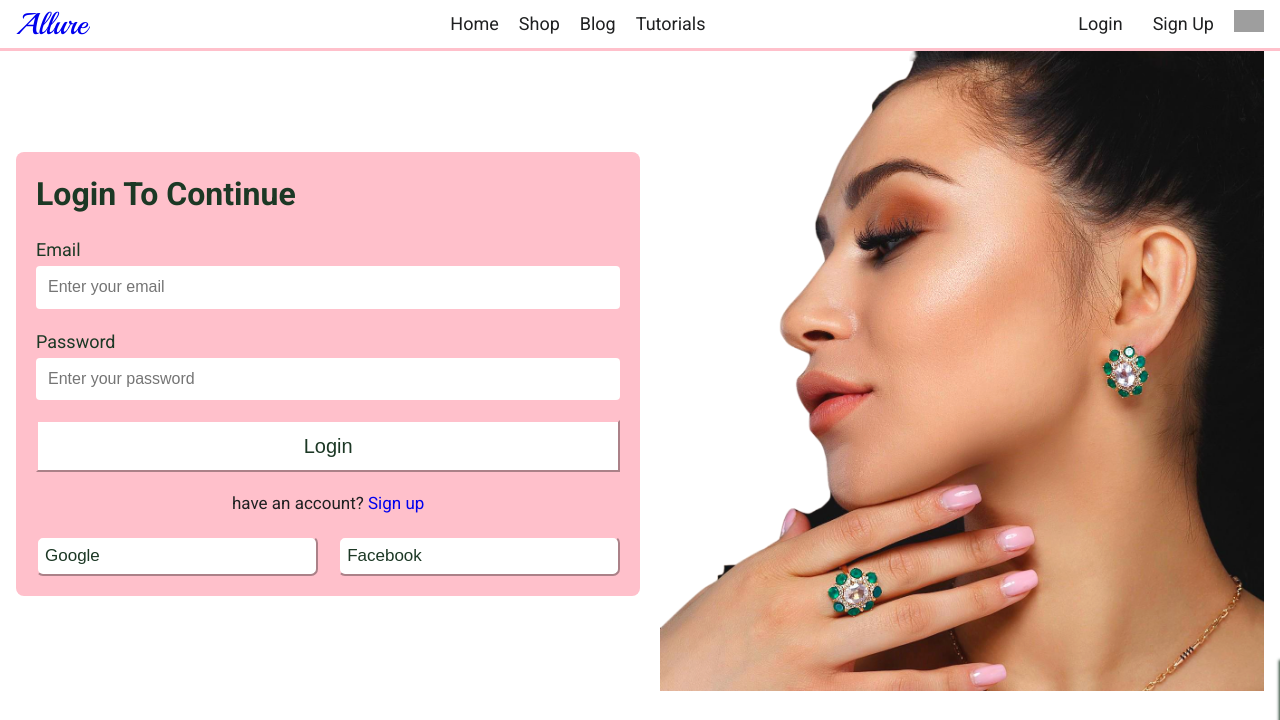
Repository: Benedict-Anthony/Allure-E-commerce-React-Js
Page: /login
These files come from the project's save history. The page is drawn as it stood at one moment and after the next save; the edit follows.
The browser window is 1280 px wide. The pictures show the whole page.
Pictures or frames that could not be fetched are drawn as grey boxes. The page's requests for data from a server got no answer. The project was rebuilt for these pictures with package versions that can differ from the ones it lists, and the page was loaded fresh each time. No one was signed in, and anything a server would have sent is missing. Also part of the build but not shown: src/App.css, src/css/card.css, src/shared/Card.tsx, src/scripts/landing.ts, src/css/landing.css, src/components/Landing.tsx, src/css/courses.css, src/shared/Course.tsx and 23 more.

Above is the page before, as saved 2023-02-04 05:45:20.

### src/index.css
@import url('https://fonts.googleapis.com/css2?family=Great+Vibes&family=Playball&family=Roboto:wght@300;400;700&display=swap');


:root {
  --primary-color: pink;
  --secondary-color: #1c3825;
  --text-color: #1f2021;
  --basic: #fff;
  --fontSize: 18px;

}


*,
*::after,
*::before {
  padding: 0;
  margin: 0;
  box-sizing: border-box;
  line-height: 1.4em;
  transition: all .3s linear;
  list-style: none;
  text-decoration: none;
}

html {
  scroll-behavior: smooth;
}

body {
  width: 100%;
  background-color: var(--basic);
  color: var(--text-color);
  font-family: 'Roboto', sans-serif;
}

.container {
  padding: 0 1rem;
  overflow: hidden;
  height: auto;
}

.button {
  display: inline-block;
  padding: 10px 20px;
  color: var(--basic);
  margin-top: 20px;
  background-color: var(--secondary-color);
  border: 2px solid var(--fontSize);
  border-radius: 6px;
}

.flex {
  display: flex;
  justify-content: space-between;
  align-items: center;
}

.flex-center {
  justify-content: center;
}

.flex-row {
  flex-direction: column;
}


.swiper {
  width: 100%;
  height: 100%;
}

.swiper-slide {
  text-align: center;
}


.grid {
  display: grid;
  grid-template-columns: repeat(auto-fit, minmax(12rem, 2fr));
  justify-content: space-between;
  align-items: flex-start;
  gap: 20px;
}


.btn {
  display: inline-block;
  background-color: var(--text-color);
  color: var(--basic);
  font-size: 16px;
  font-family: inherit;
  margin-top: 10px;
  border: 1px solid var(--basic);
  padding: 10px 20px;
  border-radius: 8px;
}

.section {
  margin-top: 20px;
}

.togglebar,
.close {
  display: none;
}

.wrapper {
  max-width: 960px;
  margin: 0 auto;
}

.strike {
  text-decoration: line-through;
  color: var(--secondary-color);
  font-size: 10px;
}




@media(max-width:1024px) {
  /* .grid {
    grid-template-columns: repeat(3, 1fr);
  } */
}


@media(max-width:768px) {

  .container {
    padding: 0 1.3rem;
    overflow: hidden;
    height: auto;
  }

  /* .flex {
    flex-direction: column;
  } */

  /* .grid {
    grid-template-columns: repeat(2, 1fr);
  } */


  /* .togglebar,
  .close {
    display: block;
  } */
}

@media(max-width:500px) {

  /* .flex {
    display: grid;
    grid-template-columns: 1fr 1fr;
  } */

  .grid {
    grid-template-columns: 1fr 1fr;
  }
}

### src/App.tsx
import React from 'react';
import './App.css';
import { BrowserRouter, Routes, Route } from "react-router-dom"
import { ProductProvider } from './contexts/ProductContext';


import Home from './pages/Home';
import Shop from './pages/Shop';
import Header from './components/Header';
import { LessonProvider } from './contexts/LessonContext';
import Tutorials from './pages/Tutorials';
import ProductDetail from './pages/ProductDetail';
import CourseDetail from './pages/CourseDetail';
import Login from './pages/Login';
import SignIn from './pages/SignIn';
import Account from './pages/Account';
import ButtonNav from './components/ButtonNav';

function App() {
  return (
    <BrowserRouter>
      <LessonProvider>
        <ProductProvider>
          <Header />
          <Routes>
            <Route path={"/"} element={<Home />} />
            <Route path='/login' element={<Login />} />
            <Route path='/sign-in' element={<SignIn />} />
            <Route path='/account' element={<Account />} />
            <Route path={"/shop"} element={<Shop />} />
            <Route path={"/tutorials"} element={<Tutorials />} />
            <Route path={"/product/:slug"} element={<ProductDetail />} />
            <Route path={"/course/:slug"} element={<CourseDetail />} />
          </Routes>
          <ButtonNav />
        </ProductProvider>
      </LessonProvider>
    </BrowserRouter>
  );
}

export default App;

### src/contexts/ProductContext.tsx
import React from "react"
import { createContext,  useReducer, useEffect } from 'react';
import { childrenProps, ProductContextInterface } from "../types/contextTypes"
import { initialProductInterface } from "../types/reducerTypes"
import { productReducer } from "../reducers/productReducers";
import getData from "../utils/fetchFunc";
import { ProductType } from "../reducers/productReducers";
import { LessonType } from "../reducers/lessonReducer";


const ProductContext = createContext({} as ProductContextInterface)

export const ProductProvider = ({ children }: childrenProps) => {
    const initialState: initialProductInterface = {
        products: [],
        lessonAssets:[],
        product:{},
        isFetching: true,
        rltd:[]
    }
    const [state, dispatch] = useReducer(productReducer, initialState)
    const fetchProductData = async () => {
        const data = await getData("products")
        dispatch({type:ProductType.LOAD_PRODUCTS, payload:data})
    }

    const getSingleProduct = async (slug:number | string | undefined) => {
        const data = await getData("products", slug)
        const rltdData = await getData(`products/${slug}/category`)
        dispatch({type:ProductType.LOAD_PRODUCT_DETAIL, payload:data, others:rltdData})
    }

   const getLessonAssets = async (slug : string | undefined) => {
       const data = await getData(`lessons/${slug}/assets`)
       dispatch({type:LessonType.LOAD_LESSON_DETAIL_ASSETS, others:data})
   }

    useEffect(() => {
        fetchProductData()
    },[])
    return (

        <ProductContext.Provider value={{
            data: state,

            getSingleProduct,
            getLessonAssets,
        }}>
        {children}
    </ProductContext.Provider>
        )
}


export default ProductContext

### src/components/Header.tsx
import React, { useState } from 'react'
import { FaBars, FaTimes } from 'react-icons/fa'
import { Link } from 'react-router-dom'
import { Navigations } from '../scripts/topNavItems';
import cart from "../assets/cart.png";
import "../css/header.css"

const Header = () => {
  const [activeMenu, setActiveMenu] = useState(false)

  return (
    <header>
      <div className="container">
        <nav className="nav__items">
          <div className="logo">
            <Link to={"/"}>Allure</Link>
          </div>

          <ul className={`nav_links flex ${activeMenu && "active"} `}>
            {Navigations.map((item) => (
              <li key={item.id}>
                {item.page ? <Link to={`/${item.to}`}>{item.name}</Link> : <a href={`#${item.to}`}>{item.name}</a>}
              </li>
            ))}
            <FaTimes className="close" onClick={() => setActiveMenu(false)} />
          </ul>

          <ul className="nav_icons">

            <li><Link to={"login"}>Login</Link></li>
            <li><Link to={"sign-in"}>Sign Up</Link></li>
            <div className="cart">
              <img src={cart} alt="" />

            </div>
            <FaBars className="togglebar" onClick={() => setActiveMenu(true)} />
          </ul>
        </nav>
      </div>
    </header>
  )
}

export default Header

### src/contexts/LessonContext.tsx
import { createContext, useEffect, useReducer } from "react";
import lessonReducer from "../reducers/lessonReducer";
import { initialLessonInterface } from '../types/reducerTypes';
import { childrenProps, LessonContextInterface } from '../types/contextTypes';
import getData from "../utils/fetchFunc";
import { LessonType } from '../reducers/lessonReducer';
const LessonContext = createContext({} as LessonContextInterface)

export const LessonProvider = ({ children }: childrenProps) => {
    const initialState:initialLessonInterface = {
        lessons:[],
        count: 0,
        lesson:{}
    }

    const [state, dispatch] = useReducer(lessonReducer, initialState)

    async function fetchLessonData() {
        const data = await getData("lessons")
        dispatch({type:LessonType.LOAD_LESSONS, payload:data})
    }

    const getLessonDetails = async (slug:string |undefined) => {
        const data = await getData(`lessons/${slug}`)
        dispatch({ type:LessonType.LOAD_LESSON_DETAIL, payload:data})
    }

    useEffect(() => {
      fetchLessonData()
    },[])
    return (
        <LessonContext.Provider value={{
            data:state,
            getLessonDetails
            }}>
            {children}
        </LessonContext.Provider>
    )
}

export default LessonContext

### src/pages/Login.tsx
import React, { FormEvent } from 'react'
import { Link } from "react-router-dom"
import loginModel from "../assets/model.png";
import "../css/login.css"
import Button from '../shared/Button';
import useForm from "../hooks/useForm"


const Login = () => {
  const { handleAccount, reset, loginData } = useForm("")

  const handleSubmit = (e: FormEvent<HTMLFormElement>) => {
    e.preventDefault()
    console.log(loginData)
    reset()
  }
  return (
    <section className='container'>
      <main className="login">
        <form action="" className='form' onSubmit={handleSubmit}>
          <h3>Login to continue</h3>
          <div className="form-group">
            <label htmlFor="">Email</label>
            <input type="text" placeholder='Enter your email' name="email" onChange={handleAccount} />
          </div>
          <div className="form-group">
            <label htmlFor="">Password</label>
            <input type="password" placeholder='Enter your password' name='password' onChange={handleAccount} />
          </div>
          <Button type='submit'>Login</Button>
          <div className="login_or_sigh-up">
            have an account? <Link to={"/sign-in"}>Sign up</Link>
          </div>

          <div className='social'>
            <Button type='submit'>Google</Button>
            <Button type='submit'>Facebook</Button>
          </div>
        </form>
        <div className="model">
          <img src={loginModel} alt="" />
        </div>
      </main>

    </section>
  )
}

export default Login

### src/components/ButtonNav.tsx
import React from 'react'
import { AiOutlineHome, AiOutlineUser } from "react-icons/ai"
import { BiShoppingBag, BiLogIn } from "react-icons/bi"
import { MdOutlinePlayLesson } from "react-icons/md"
import { GrBlog } from "react-icons/gr"
import { Link } from 'react-router-dom'




const ButtonNav = () => {
    window.addEventListener("scroll", () => {
        if (window.scrollY) {
            document.querySelector(".nav__bottom")?.classList.add("active__nav")
        } else {
            document.querySelector(".nav__bottom")?.classList.remove("active__nav")

        }
    })
    return (
        <nav className="nav__bottom">
            <ul>
                <li><Link to={"/"}><AiOutlineHome /></Link></li>
                <li><Link to={"/shop"}><BiShoppingBag /></Link></li>
                <li><Link to={"/tutorials"}><MdOutlinePlayLesson /></Link></li>
                <li><Link to={"/blog"}><GrBlog /></Link></li>
                <li><Link to={"/account"}><AiOutlineUser /></Link></li>
            </ul>
        </nav>
    )
}

export default ButtonNav

### src/reducers/productReducers.tsx
import { actionInterface, initialProductInterface } from "../types/reducerTypes";
import { LessonType } from "./lessonReducer";
export const ProductType = {
    LOAD_PRODUCTS: "LOAD_PRODUCTS",
    LOAD_PRODUCT_DETAIL:"LOAD_PRODUCT_DATAIL"
}
export const productReducer = (state:initialProductInterface, action:actionInterface) => {
    switch (action.type) {
        case ProductType.LOAD_PRODUCTS:
            return {
                ...state,
                products: action.payload,
                isFetching:false,
            }
        case ProductType.LOAD_PRODUCT_DETAIL:
            return {
                ...state,
                product: action.payload,
                rltd:action.others
            }
        case LessonType.LOAD_LESSON_DETAIL_ASSETS:
            return {
                ...state,
                lessonAssets:action.others
            }
        default:
            return state
    }
}

### src/utils/fetchFunc.tsx
const getData = async (endpoint: string, slug?: number | string | null) => {
    if (slug) {
        const response = await fetch(`http://127.0.0.1:8000/api/${endpoint}/${slug}`)
        const data = await response.json()
        return data
    } else {
        const response = await fetch(`http://127.0.0.1:8000/api/${endpoint}/`)
        const data = await response.json()
        return data
    }

}


export default getData

### src/reducers/lessonReducer.tsx
import { initialLessonInterface, actionInterface } from '../types/reducerTypes';

export const LessonType = {
    LOAD_LESSONS: "LOAD_LESSONS",
    LOAD_LESSON_DETAIL:"LOAD_DETAILS",
    LOAD_LESSON_DETAIL_ASSETS:"LOAD_LESSON_DETAIL_ASSETS"
}

const lessionReducer = (state:initialLessonInterface, action:actionInterface) => {
    switch (action.type) {
        case LessonType.LOAD_LESSONS:
            return {
                ...state,
                lessons:action.payload,
                count:1
            }
        case LessonType.LOAD_LESSON_DETAIL:
            return {
                ...state,
                lesson:action.payload
            }

        default:
            return state
    }
}


export default lessionReducer

### src/scripts/topNavItems.ts
export const Navigations = [
    {
        id: 1,
        name: "home",
        to: "",
        page: true,
    },
    // {
    //     id: 2,
    //     name: "courses",
    //     to: "courses",
    //     page: false,

    // },
    // {
    //     id: 3,
    //     name: "arrivals ",
    //     to: "products",
    //     page: false,

    // },
    {
        id: 4,
        name: "shop",
        to: "shop",
        page: true,
    },

    {
        id: 5,
        name: "blog",
        to: "blog",
        page: true,

    },
    {
        id: 6,
        name: "tutorials",
        to: "tutorials",
        page: true,


    },
]


export const Courses = [
    {
        id: 1,
        name: "courses",
        count: 100
    },

    {
        id: 2,
        name: "student",
        count: 150
    },

    {
        id: 3,
        name: "experience Tutors",
        count: 100
    },

    {
        id: 4,
        name: "beauty project",
        count: 200
    },
]

### src/css/header.css
header {
    padding: 3px 0px;
    /* background-color: var(--primary-color); */
    border-bottom: 3px solid var(--primary-color);
    /* osition: fixed;
    top: 0;
    width: 100%;
    z-index: 10;p */
}

header nav {
    display: flex;
    justify-content: space-between;
    align-items: center;
}

header nav .logo {
    font-size: 30px;
    /* font-family: 'Great Vibes', cursive;
     */
    font-family: 'Playball', cursive;
}

header nav li {
    position: relative;
    margin: 0 10px;
}

header nav li::after {
    content: '';
    width: 0;
    height: 2px;
    background: linear-gradient(to right, var(--secondary-color), var(--primary-color));
    position: absolute;
    bottom: 0;
    left: 0;
}

header nav li:hover::after {
    width: 100%;
}

header nav ul li a {
    color: var(--text-color);
    font-size: var(--fontSize);
    text-transform: capitalize;
}

header .cart {
    width: 30px;
}

header .cart img {
    width: 100%;
}



.nav_icons {
    display: flex;
    align-items: center;
    justify-content: space-around;
    column-gap: 10px;
}



.nav_icons svg {
    color: var(--secondary-color);
    font-size: 20px;
    margin: 0 2px;
}


.nav__bottom {
    display: block;
    width: 100%;
    margin: auto;
    margin-top: 40px;
    position: fixed;
    bottom: 0;
    left: 100%;
    background-color: var(--basic);
    padding: 15px 0;
    box-shadow: 3px 4px 3px 4px var(--secondary-color);
}

.nav__bottom ul {
    display: flex;
    align-items: center;
    justify-content: center;
}

.nav__bottom ul li {
    margin: 0 15px;
}

.nav__bottom ul li svg {
    color: var(--secondary-color);
    font-size: 1.5rem;
    font-weight: 700;
}

@media(max-width:768px) {
    header nav .nav_links {
        position: absolute;
        top: -100vh;
        right: 0;
        width: 80%;
        background-color: var(--basic);
        border-left: 3px solid var(--primary-color);
        height: 100vh;
        z-index: 10;
        justify-content: flex-start;
        align-items: flex-start;
        gap: 25px;
        padding-left: 50px;
        padding-top: 50px;
        display: none;

    }

    .nav_icons li {
        display: none;
    }

    header nav .nav_links.active {
        top: 0;
    }

    .close {
        position: absolute;
        top: 7px;
        left: .6rem;
        font-weight: 100;
        font-size: 25px;
        color: var(--secondary-color);
    }

    .nav__bottom {
        left: 0;
    }

    .active__nav {
        bottom: -160px
    }

}

### src/shared/Button.tsx
import React from 'react'
import { ReactNode } from "react"

import "../css/button.css"
type ButtonProps = {
    children:ReactNode,
    type:"button" | "submit",
    hanldleOnclick?: () => void
}
const Button = ({children, type, hanldleOnclick}:ButtonProps) => {
  return (
    <button type={type} onClick={hanldleOnclick}> {children} </button>
  )
}

export default Button

### src/css/login.css
.login {
    display: flex;
    justify-content: space-between;
    align-items: center;
    /* margin-top: 20px; */
    column-gap: 20px;
}

.login :is(.form, .model) {
    width: 100%;
}

.login .form {
    background-color: var(--primary-color);
    border-radius: 8px;
    padding: 20px;
    width: 100%;
}

.login .form h3 {
    color: var(--secondary-color);
    font-size: 32px;
    text-transform: capitalize;
}

.w-50 {
    display: flex;
    column-gap: 20px;
}

.login .form .form-group {
    width: 100%;
    display: flex;
    align-items: flex-start;
    justify-content: flex-start;
    flex-direction: column;
    margin: 20px 0;
}

.login .form .form-group label {
    color: var(--secondary-color);
    font-size: 18px;
}

.login .form .form-group input {
    padding: 10px 12px;
    margin-top: 4px;
    border: 0;
    outline: 0;
    width: 100%;
    font-size: 16px;
    border-radius: 4px;
}

.login_or_sigh-up {
    text-align: left;
    margin-top: 20px;
    font-size: 17px;
    text-align: center;
}

.login .form .social {
    display: flex;
    justify-content: center;
    align-items: center;
    gap: 20px;
}

.login .form .social>div {
    margin-top: 20px;
    width: 100%;
    /* text-align: center;
    display: flex;
    align-items: center;
    justify-content: center; */
    gap: 10px;
}

.login .form .social button {
    height: 40px;
    padding: 5px 7px;
    font-weight: 300;
    display: inline;
    border-radius: 7px;
    width: 100%;
    font-size: 17px;
    display: flex;
    align-items: center;
    /* justify-content: space-between; */
}

.login .form .social button svg {
    color: #2c32e8;
    margin-right: 4px;
    font-size: 24px;
}



.login .form :is(button) {
    width: 100%;
    font-size: 20px;
}

.login .model img {
    width: 100%;
    max-height: 40rem;
    object-fit: cover;
    object-position: top;
}




@media(max-width:946px) {
    .login {
        display: flex;
        justify-content: center;
        align-items: center;
        margin-top: 20px;
    }

    .login .model {
        display: none;
    }
}

@media(max-width:480px) {
    .w-50 {
        flex-flow: column;
        gap: 0;
    }

    .login .form .social {
        flex-direction: column;
        gap: 0;
    }

    .login .form .social button {
        font-size: 16px;
    }
}

### src/hooks/useForm.tsx
import { ChangeEvent, useState } from "react"

type createAccountType = {
    firstName: string
    lastName: string
    email: string
    password: string
    passwordcomfirm: string
}
const useForm = (value: string) => {
    const [createAccount, setCreateAccount] = useState<createAccountType>({
        firstName: value,
        lastName: value,
        email: value,
        password: value,
        passwordcomfirm: value

    })

    const reset = () => {
        setCreateAccount({
            firstName: value,
            lastName: value,
            email: value,
            password: value,
            passwordcomfirm: value
        })
    }
    const handleAccount = (event: ChangeEvent<HTMLInputElement>) => {
        setCreateAccount({ ...createAccount, [event.target.name]: event.target.value })
    }


    const loginData = { email: createAccount.email, password: createAccount.password }

    return { createAccount, handleAccount, reset, loginData }

}

export default useForm

### src/css/button.css
button {
    display: block;
    margin-top: 20px;
    padding: 10px 20px;
    color: var(--secondary-color);
    background-color: var(--basic);
    border: 2px outset var(--primary-color)
}

button:hover {
    transform: scale(.98);
    transition: .4s cubic-bezier(0.165, 0.84, 0.44, 1);
    cursor: pointer;
    /* z-index: 10; */
}

@media(max-width:700px) {
    button {
        width: 100%;
    }
}

Loaded but not shown: public/index.html (common file); src/index.tsx (common file)

After the next save:
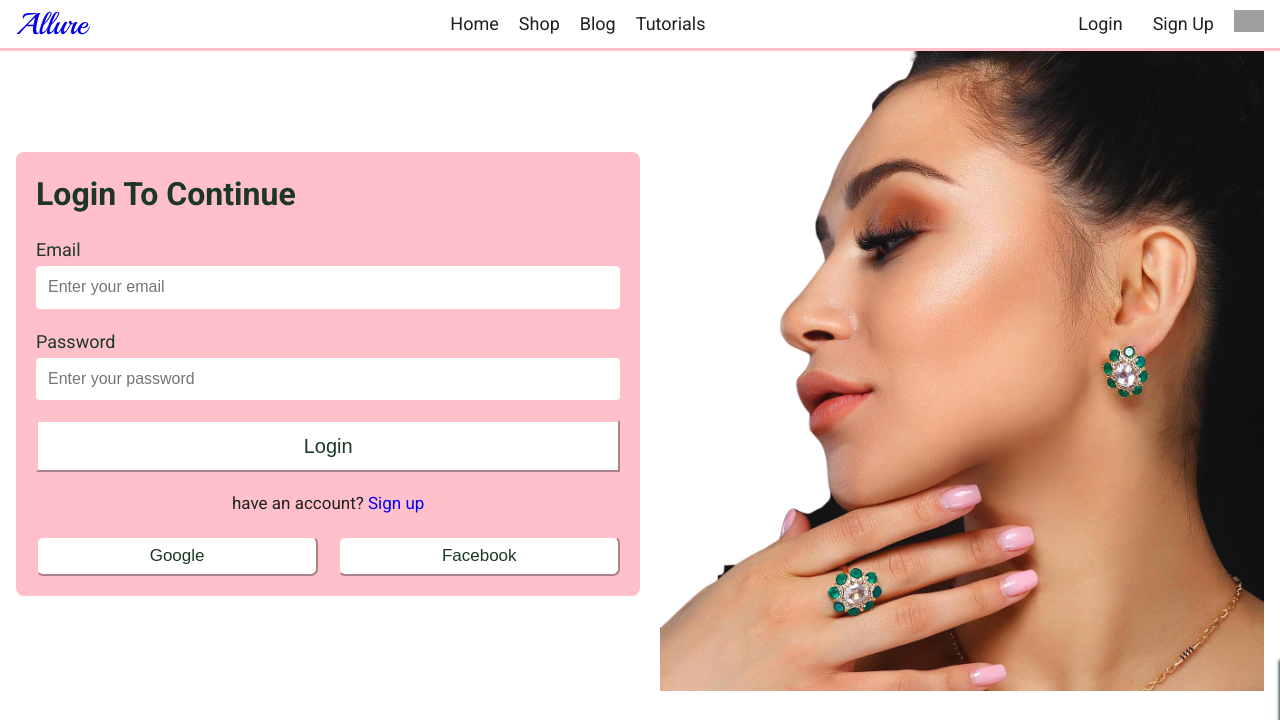
Saved 16 s later.
--- a/src/css/login.css
+++ b/src/css/login.css
@@ -86,7 +86,7 @@
     font-size: 17px;
     display: flex;
     align-items: center;
-    /* justify-content: space-between; */
+    justify-content: space-around;
 }
 
 .login .form .social button svg {
